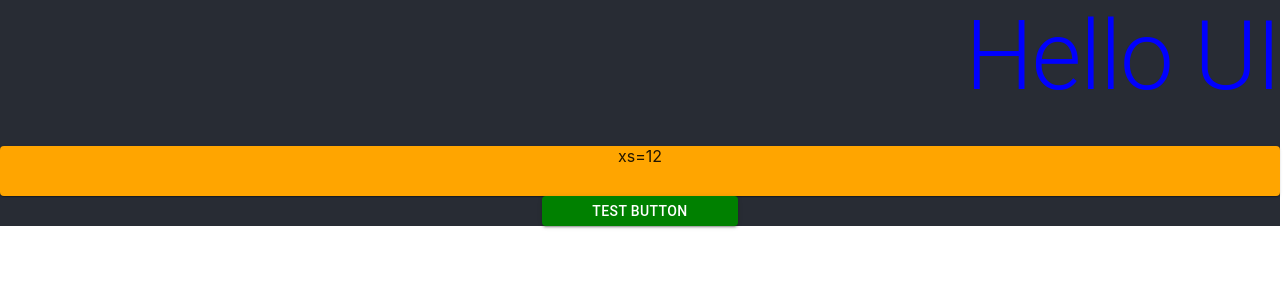
Repository: ShunsukeTanizaki/COVID19-Live
Page: /
The author's editor kept a copy of each file at every save. The page is drawn from the files as they stood at one save, then again after the next save.
The browser window is 1280 px wide. The page is 1284 px wide, so the pictures cover 1284 px, including what lies to the right of the window. The pictures show the whole page.
The project was rebuilt for these pictures with package versions that can differ from the ones it lists, and the page was loaded fresh each time.

Above is the page before, as saved 2020-11-07 23:34:36.

### src/App.tsx
import React from "react";
// import logo from "./logo.svg";
import "./App.css";
import LinePlot from "./components/LinePlot";
import PiePlot from "./components/PiePlot";
import BarPlot from "./components/BarPlot";
import RaderPlot from "./components/RaderPlot";
import BubblePlot from "./components/BubblePlot";
import MaterialUI from "./components/MaterialUI ";

function App() {
    return (
        <div className="App">
            {/* <LinePlot />
            <PiePlot />
            <BarPlot />
            <RaderPlot />
            <BubblePlot /> */}

            <MaterialUI />
        </div>
    );
}

export default App;

### src/App.css
.App {
    background-color: #282c34;
    text-align: center;
}

.App-logo {
    height: 40vmin;
    pointer-events: none;
}

@media (prefers-reduced-motion: no-preference) {
    .App-logo {
        animation: App-logo-spin infinite 20s linear;
    }
}

.App-header {
    background-color: #282c34;
    min-height: 100vh;
    display: flex;
    flex-direction: column;
    align-items: center;
    justify-content: center;
    font-size: calc(10px + 2vmin);
    color: white;
}

.App-link {
    color: #61dafb;
}

@keyframes App-logo-spin {
    from {
        transform: rotate(0deg);
    }
    to {
        transform: rotate(360deg);
    }
}

### src/components/MaterialUI .tsx
import React from "react";
import { Button, makeStyles, Typography, Grid, Paper } from "@material-ui/core";

const useStyles = makeStyles({
    btnStyle: {
        background: "green",
        padding: "3px 50px"
    },
    typoStyle: {
        color: "blue"
    },
    paperStyle: {
        background: "orange",
        height: "50px"
    }
});

const MaterialUI: React.FC = () => {
    const classes = useStyles();
    return (
        <div>
            <Typography
                className={classes.typoStyle}
                color="secondary"
                variant="h1"
                align="right"
                gutterBottom
            >
                Hello UI
            </Typography>

            <Grid container spacing={1}>
                <Grid item xs={12}>
                    <Paper className={classes.paperStyle}>xs=12</Paper>
                </Grid>
            </Grid>

            <Button
                className={classes.btnStyle}
                variant="contained"
                color="primary"
            >
                test Button
            </Button>
        </div>
    );
};

export default MaterialUI;

Loaded but not shown: public/index.html (common file); src/index.tsx (common file); src/index.css (common file); src/reportWebVitals.ts (common file)

After the next save:
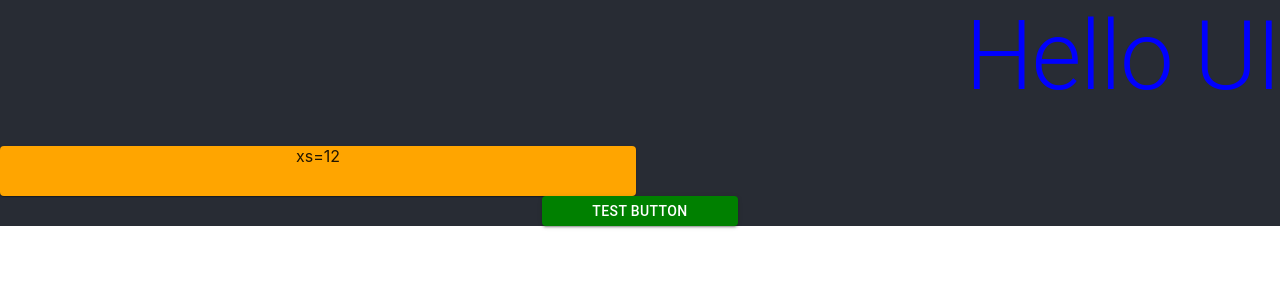
Saved 40 s later.
--- a/src/components/MaterialUI .tsx
+++ b/src/components/MaterialUI .tsx
@@ -30,7 +30,7 @@ const MaterialUI: React.FC = () => {
             </Typography>
 
             <Grid container spacing={1}>
-                <Grid item xs={12}>
+                <Grid item xs={6}>
                     <Paper className={classes.paperStyle}>xs=12</Paper>
                 </Grid>
             </Grid>
